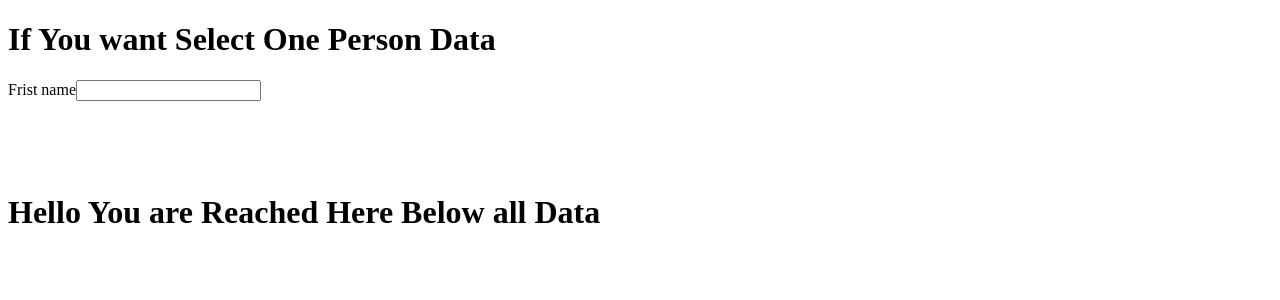
Repository: gadgeswapnil11/Vaulty
Page: http://localhost/ServeletCRUDOprations/GetAllData.jsp
The author's editor kept a copy of each file at every save. The page is drawn from the files as they stood at one save, then again after the next save.
The browser window is 1280 px wide. The pictures show the whole page.
The page is served by Tomcat 9. The template is opened directly, without the code that normally fills it, so the values that code supplies are empty.

Above is the page before, as saved 2023-12-19 10:40:18.

After the next save:
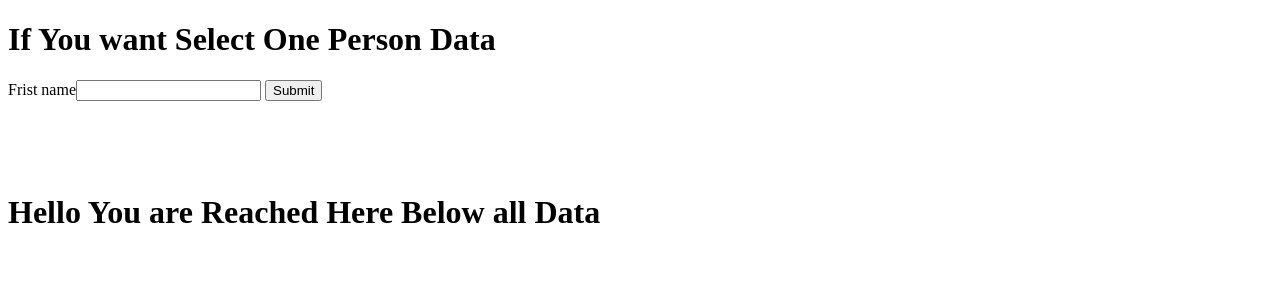
Saved 28 s later.
--- a/ServeletCRUDOprations/src/main/webapp/GetAllData.jsp
+++ b/ServeletCRUDOprations/src/main/webapp/GetAllData.jsp
@@ -10,7 +10,7 @@
 <h1>If You  want Select One Person Data</h1>
 <form  action="">
 Frist name<input type="text"  name="fname">
-
+<input type="submit" value="Submit">
 </form>
 
 <br><br><br><br>
